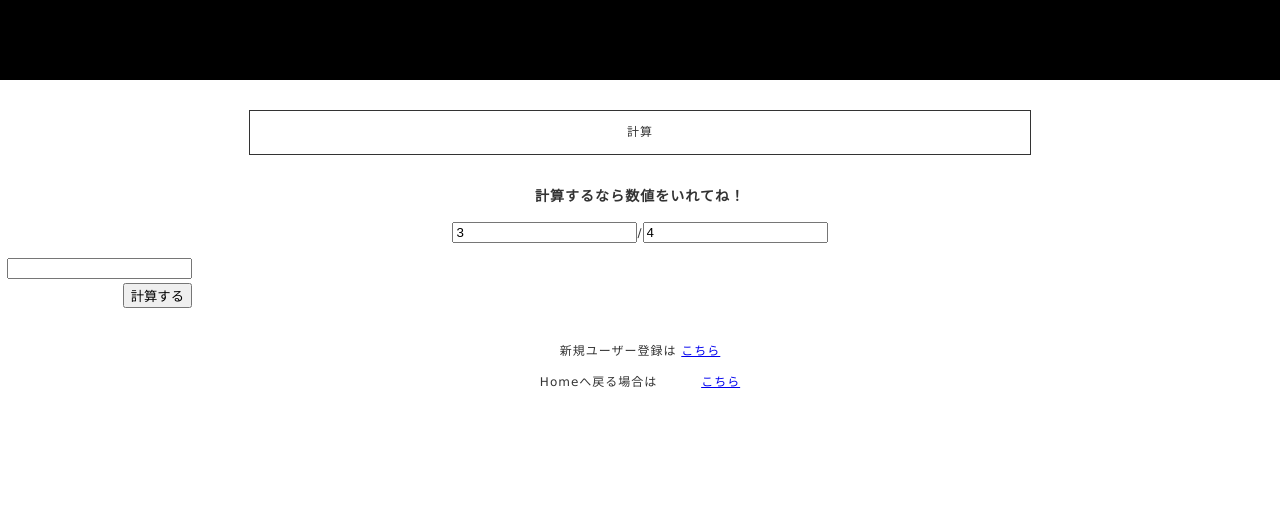
Repository: HattoriKotaro19920408/Keisanchan
Page: http://localhost/Keisanchan/keisan.jsp
An editor plug-in stored every save of this project. The page is shown before and after the next save, followed by the edit.
The browser window is 1280 px wide. The pictures show the whole page.
The page is served by Tomcat 9.

Above is the page before, as saved 2018-08-08 01:49:11.

After the next save:
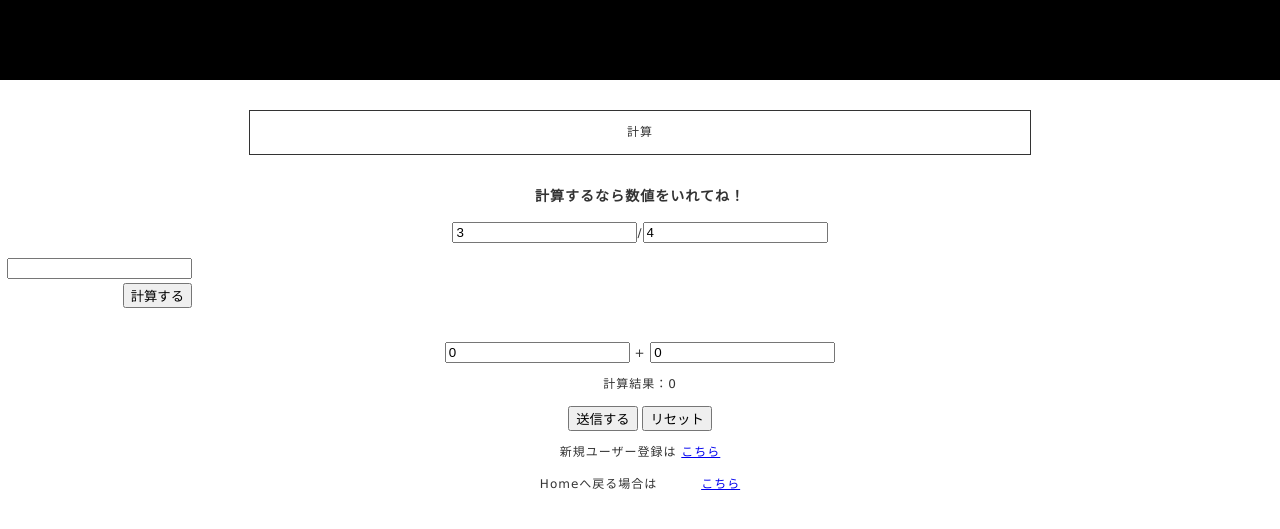
Saved 7 min 41 s later.
--- a/Keisanchan/WebContent/keisan.jsp
+++ b/Keisanchan/WebContent/keisan.jsp
@@ -73,6 +73,16 @@
               <s:submit value="計算する"/>
        </s:form>
        <br/>
+       <form method="get" action="output.html" oninput="result.value = Number(a.value) + Number(b.value);">
+
+<p><input type="number" name="a" value="0"> + <input type="number" name="b" value="0"></p>
+
+<p>計算結果：<output name="result">0</output></p>
+
+<p><input type="submit" value="送信する"> <input type="reset" value="リセット"></p>
+
+</form>
+
        <div id="text-link">
           <p>新規ユーザー登録は
               <a href='<s:url action="UserCreateAction"/>'>こちら</a></p>
